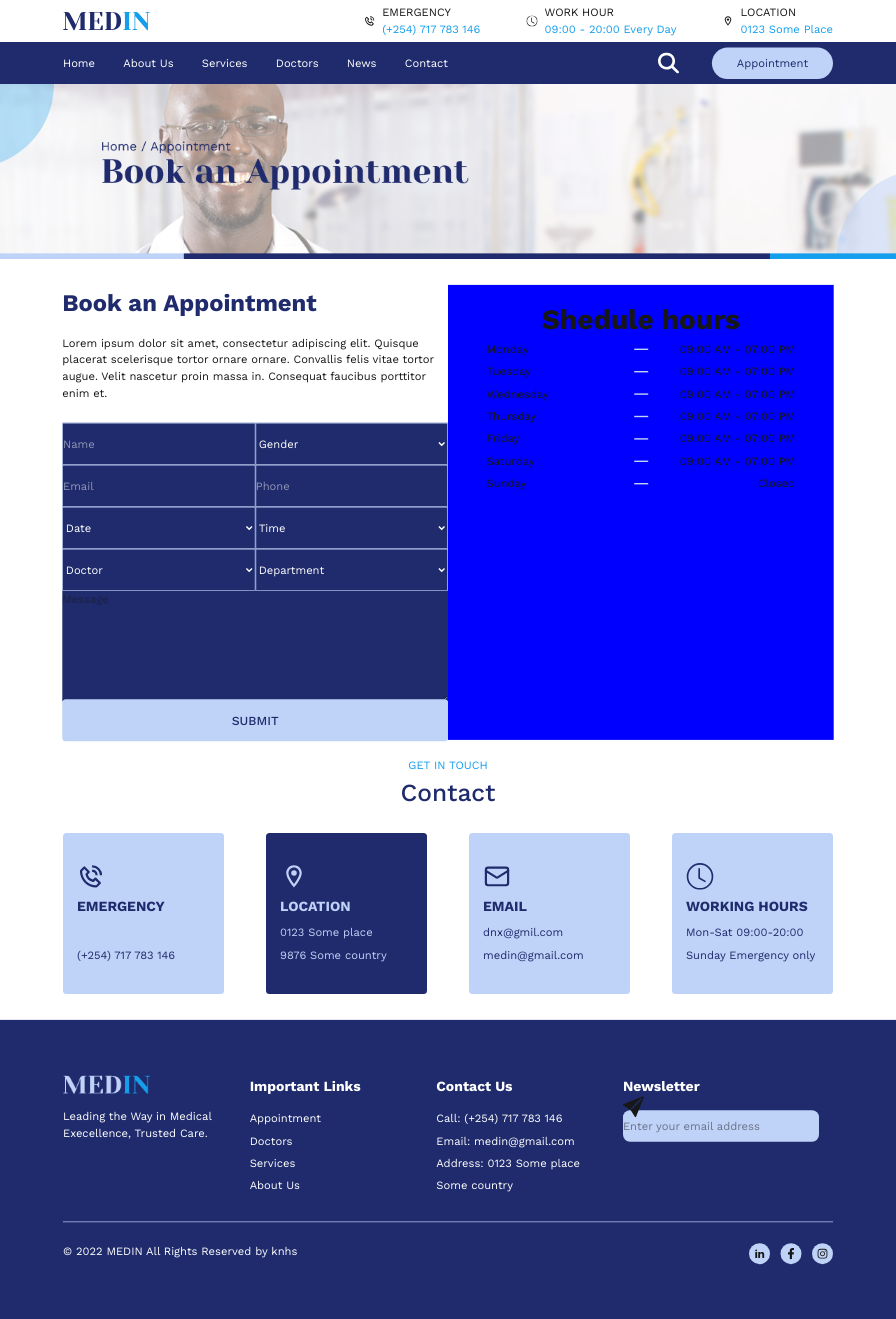
Repository: SynHK3/Poc_Hospital
Page: /appointment (app in fe_hospital/)
These files come from the project's save history. The page is drawn as it stood at one moment and after a run of saves; the edit follows.
The browser window is 1280 px wide. The pictures show the whole page, at 70% of full size.
The project was rebuilt for these pictures with package versions that can differ from the ones it lists, and the page was loaded fresh each time. The framework's server and built-in components were replaced by stand-ins that run in the browser. Also part of the build but not shown: fe_hospital/next.config.ts.

Above is the page before, as saved 2025-09-02 22:40:51.

### fe_hospital/src/app/layout.tsx
import type { Metadata } from "next";
import { Geist, Geist_Mono, Work_Sans } from "next/font/google";
import "./globals.css";

const geistSans = Geist({
  variable: "--font-geist-sans",
  subsets: ["latin"],
});

const geistMono = Geist_Mono({
  variable: "--font-geist-mono",
  subsets: ["latin"],
});

const workSans = Work_Sans({
  subsets: ["latin"],
  weight: ["400", "500", "600", "700"], // chọn các weight cần
});

export const metadata: Metadata = {
  title: "Create Next App",
  description: "Generated by create next app",
};

export default function RootLayout({
  children,
}: Readonly<{
  children: React.ReactNode;
}>) {
  return (
    <html lang="en">
      <body
        className={`${workSans.className} ${geistMono.variable} antialiased`}
      >
        {children}
      </body>
    </html>
  );
}

### fe_hospital/src/app/appointment/page.tsx
import Header from "@/components/header/header";
import "./appointment.css";
import Contact from "@/components/contact/contact";
import Footer from "@/components/footer/footer";
import Image from "next/image";
import ContentHeaderAppointMent from "./images/Content__Header__Appointment.png";

export default function Appointment() {
  return (
    <div>
      <Header></Header>
      <div className="container__content--appointment">
        <div className="content__banner--appointment"></div>

        <div className="content--form--appointment">
          <div className="layout__content--submit--form--appointment">
            {/* Start Form Book Appointment */}
            <div className="container__form--submit--appointment">
              <h1 className="form__title">Book an Appointment</h1>
              <p className="form__description">
                Lorem ipsum dolor sit amet, consectetur adipiscing elit. Quisque
                placerat scelerisque tortor ornare ornare. Convallis felis vitae
                tortor augue. Velit nascetur proin massa in. Consequat faucibus
                porttitor enim et.
              </p>
              <form className="form__appointment">
                <div className="form__group">
                  <input
                    type="text"
                    placeholder="Name"
                    className="form__input form__input--half"
                  />
                  <select className="form__select form__select--half">
                    <option>Gender</option>
                  </select>
                </div>
                <div className="form__group">
                  <input
                    type="email"
                    placeholder="Email"
                    className="form__input form__input--half"
                  />
                  <input
                    type="tel"
                    placeholder="Phone"
                    className="form__input form__input--half"
                  />
                </div>
                <div className="form__group">
                  <select className="form__select form__select--half">
                    <option>Date</option>
                  </select>
                  <select className="form__select form__select--half">
                    <option>Time</option>
                  </select>
                </div>
                <div className="form__group">
                  <select className="form__select form__select--half">
                    <option>Doctor</option>
                  </select>
                  <select className="form__select form__select--half">
                    <option>Department</option>
                  </select>
                </div>
                <textarea
                  placeholder="Message"
                  className="form__textarea"
                ></textarea>
                <button type="submit" className="btn__submit--appointment">
                  SUBMIT
                </button>
                {/* End Form Book Appointment */}
              </form>
            </div>

            {/* Start Shedule Appoinment */}
            <div className="container__shedule--appointment">
              <h2 className="shedule__title">Shedule hours</h2>
              <ul className="shedule__list">
                <li className="shedule__item">
                  <span className="day">Monday</span>
                  <span className="line--day--time"></span>
                  <span className="time">09:00 AM - 07:00 PM</span>
                </li>
                <li className="shedule__item">
                  <span className="day">Tuesday</span>
                  <span className="line--day--time"></span>
                  <span className="time">09:00 AM - 07:00 PM</span>
                </li>
                <li className="shedule__item">
                  <span className="day">Wednesday</span>
                  <span className="line--day--time"></span>
                  <span className="time">09:00 AM - 07:00 PM</span>
                </li>
                <li className="shedule__item">
                  <span className="day">Thursday</span>
                  <span className="line--day--time"></span>
                  <span className="time">09:00 AM - 07:00 PM</span>
                </li>
                <li className="shedule__item">
                  <span className="day">Friday</span>
                  <span className="line--day--time"></span>
                  <span className="time">09:00 AM - 07:00 PM</span>
                </li>
                <li className="shedule__item">
                  <span className="day">Saturday</span>
                  <span className="line--day--time"></span>
                  <span className="time">09:00 AM - 07:00 PM</span>
                </li>
                <li className="shedule__item">
                  <span className="day">Sunday</span>
                  <span className="line--day--time"></span>
                  <span className="time">Closed</span>
                </li>
              </ul>


              {/* End Schedule Hours */}
            </div>
          </div>
        </div>
      </div>
      <Contact></Contact>
      <Footer></Footer>
    </div>
  );
}

### fe_hospital/src/components/header/header.tsx
import Logo from "../../images/Logo.svg";
import Image from "next/image";
import { BiPhoneCall } from "react-icons/bi";
import { FaMagnifyingGlass } from "react-icons/fa6";
import { BsClock } from "react-icons/bs";
import { MdOutlineLocationOn } from "react-icons/md";
import "./header.css";

export default function Header() {
  return (
    <div className="container__header">
      <div className="header__layout">
        <div className="header__headline">
          <Image src={Logo} width={125} height={42} alt=""></Image>

          <div className="header__headline--info">
            <div className="header__headline--info--item">
              <BiPhoneCall className="icon__info--item"></BiPhoneCall>

              <div className="header__headline--info--desc">
                <h3>EMERGENCY</h3>
                <h5>(+254) 717 783 146</h5>
              </div>
            </div>

            <div className="header__headline--info--item">
              <BsClock className="icon__info--item"></BsClock>

              <div className="header__headline--info--desc">
                <h3>WORK HOUR</h3>
                <h5>09:00 - 20:00 Every Day</h5>
              </div>
            </div>

            <div className="header__headline--info--item">
              <MdOutlineLocationOn className="icon__info--item"></MdOutlineLocationOn>

              <div className="header__headline--info--desc">
                <h3>LOCATION</h3>
                <h5>0123 Some Place</h5>
              </div>
            </div>
          </div>
        </div>

        <div className="header__nav">
          <div className="layout__header--nav">
            <ul className="header__list--nav">
              <li>Home</li>
              <li>About Us</li>
              <li>Services</li>
              <li>Doctors</li>
              <li>News</li>
              <li>Contact</li>
            </ul>

            <div className="header__nav--appoinment">
              <FaMagnifyingGlass fontSize={30}></FaMagnifyingGlass>

              <button className="header__btn--appointment">Appointment</button>
            </div>
          </div>
        </div>
      </div>
    </div>
  );
}

### fe_hospital/src/app/appointment/appointment.css
.container__content--appointment {
  width: 100%;
  height: auto;
}

.content__banner--appointment {
  width: 100%;
  height: 250px;
  background-image: url("./images/Content__Header__Appointment.png");
  background-repeat: no-repeat;
  background-size: cover;
  background-position: center;
}

.content--form--appointment {
  display: flex;
  margin-top: 37px;
  width: 100%;
  height: 650px;

  align-items: center;
  justify-content: center;
}

.layout__content--submit--form--appointment {
  display: flex;
  width: 1102px;
  height: 650px;
}

/* CSS Form Appointment */

.container__form--submit--appointment {
  width: 50%;
  height: 650px;
}
.form__title {
  color: #1f2b6c;
  font-weight: bold;
  font-size: 34px;
}

.form__description {
  margin-top: 20px;
}

.form__appointment {
  margin-top: 30px;
}

.form__group {
  display: flex;
}

.form__input,
.form__select {
  width: 100%;
  height: 60px;
  background-color: #1f2b6c;
  border: 1px solid #bfd2f8;
  color: white;
  font-size: 1rem;
}

/* .form__select {
  appearance: none;
  background-image: url('data:[embedded picture, 232 characters]');
  background-repeat: no-repeat;
  background-position: right 15px center;
  background-size: 12px;
} */

.form__textarea {
  width: 100%;
  height: 158px;
  resize: vertical;
  background-color: #1f2b6c;
}

.btn__submit--appointment {
  margin-top: -10px;
  width: 100%;
  height: 60px;
  background-color: #bfd2f8;
  color: #1f2b6c;
  border-radius: 5px;
  font-size: 1.1rem;
  font-weight: 500;
  cursor: pointer;
}

/* End Form Appoint Ment */

/* Start Shedule Appoinment */

.container__shedule--appointment {
  width: 50%;
  height: 650px;
  background-color: blue;
}

.shedule__title {
  font-size: 2.5rem;
  font-weight: bold;
  margin-top: 20px;
  text-align: center;
}

.shedule__list {
  width: 80%;
  margin: 0 auto;
  display: flex;
  flex-direction: column;
  gap: 8px; /* khoảng cách giữa các item */
}

.shedule__item {
  display: flex;
  align-items: center;
}

.shedule__item .day {
  flex: 1;
  text-align: left;
}

.shedule__item .line--day--time {
  width: 20px; /* cố định 10px */
  height: 2px;
  background-color: #bfd2f8;
  margin: 0 8px;
}

.shedule__item .time {
  flex: 1;
  text-align: right;
}

/* End Shedule Appointment */

### fe_hospital/src/components/contact/contact.tsx
import "./contact.css";

import { BiPhoneCall } from "react-icons/bi";
import { MdOutlineLocationOn } from "react-icons/md";
import { LuMail } from "react-icons/lu";
import { BsClock } from "react-icons/bs";

export default function Contact() {
  return (
    <div className="container__contact">
      <div className="container__layout--contact">
        <div className="content__contact--headline">
          <h6>GET IN TOUCH</h6>
          <h1>Contact</h1>
        </div>

        <ul className="content__list--contact">
          <li>
            <div className="contact--item">
              <BiPhoneCall className="contact__item--icon"></BiPhoneCall>
              <h1>EMERGENCY</h1>

              <h3 style={{ visibility: "hidden" }}>dnx@gmil.com</h3>
              <p>(+254) 717 783 146</p>
            </div>
          </li>
          <li>
            <div className="contact--item">
              <MdOutlineLocationOn className="contact__item--icon"></MdOutlineLocationOn>
              <h1>LOCATION</h1>

              <p>0123 Some place</p>
              <p>9876 Some country</p>
            </div>
          </li>
          <li>
            <div className="contact--item">
              <LuMail className="contact__item--icon"></LuMail>
              <h1>EMAIL</h1>

              <p>dnx@gmil.com</p>
              <p>medin@gmail.com</p>
            </div>
          </li>
          <li>
            <div className="contact--item">
              <BsClock className="contact__item--icon"></BsClock>
              <h1 className="headline--item">WORKING HOURS</h1>

              <p>Mon-Sat 09:00-20:00</p>
              <p>Sunday Emergency only</p>
            </div>
          </li>
        </ul>
      </div>
    </div>
  );
}

### fe_hospital/src/components/footer/footer.tsx
import "./footer.css";
import { RiLinkedinFill } from "react-icons/ri";
import { FaFacebookF } from "react-icons/fa";
import { FaInstagram } from "react-icons/fa";
import Image from "next/image";
import LogoFooter from "../../images/Logo__Footer.png";
import { BsFillSendFill } from "react-icons/bs";

export default function Footer() {
  return (
    <div className="container__footer">
      <div className="container__layout--footer">
        <ul className="list__footer--item">
          <li>
            <div>
              <Image src={LogoFooter} width={125} height={42} alt=""></Image>
              <h1 className="headline__footer">
                Leading the Way in Medical Execellence, Trusted Care.
              </h1>
            </div>
          </li>
          <li>
            <div>
              <h1 className="footer--item--headline">Important Links</h1>
              <ul className="list--item--footer--link">
                <li>Appointment</li>
                <li>Doctors</li>
                <li>Services</li>
                <li>About Us</li>
              </ul>
            </div>
          </li>

          <li>
            <div>
              <h1 className="footer--item--headline">Contact Us</h1>
              <ul className="list--item--footer--contact">
                <li>Call: (+254) 717 783 146</li>
                <li>Email: medin@gmail.com</li>
                <li>Address: 0123 Some place</li>
                <li>Some country</li>
              </ul>
            </div>
          </li>
          <li>
            <div>
              <h1 className="footer--item--headline">Newsletter</h1>
              <div className="container__input--send--mail">
                <input
                  className="input__footer--send--mail"
                  placeholder="Enter your email address"
                ></input>

                <BsFillSendFill
                  className="footer__icon--send--mail"
                  fontSize={30}
                ></BsFillSendFill>
              </div>
            </div>
          </li>
        </ul>

        <div className="footer--line"></div>

        <div className="footer--link--social">
          <h3>© 2022 MEDIN All Rights Reserved by knhs</h3>

          <ul className="list--icon--link--social">
            <li>
              <RiLinkedinFill></RiLinkedinFill>
            </li>
            <li>
              <FaFacebookF></FaFacebookF>
            </li>
            <li>
              <FaInstagram></FaInstagram>
            </li>
          </ul>
        </div>
      </div>
    </div>
  );
}

### fe_hospital/src/components/header/header.css
.container__header {
  width: 100%;
  height: 120px;
}

.header__layout {
  display: flex;
  flex-direction: column;
  align-items: center;
  width: 100%;
}

.header__headline {
  display: flex;
  justify-content: space-between;
  width: 1100px;
  height: 60px;
}

.header__headline--info {
  width: 670px;
  display: flex;
  justify-content: space-between;
}

.header__headline--info--desc > h5 {
  color: #159eec;
}

.header__headline--info--item {
  height: 60px;
  display: flex;
  align-items: center;
}

.icon__info--item {
  font-size: 30;
  margin-right: 10px;
}

/* Header Nav */

.header__nav {
  display: flex;
  align-items: center;
  justify-content: center;
  width: 100%;
  height: 60px;
  background-color: #1f2b6c;
  color: white;
}

.layout__header--nav {
  display: flex;
  justify-content: space-between;
  align-items: center;
  width: 1100px;
  height: 60px;
}

.header__list--nav {
  width: 550px;
  display: flex;
  justify-content: space-between;
}

.header__nav--appoinment {
  width: 250px;
  height: 45px;
  display: flex;
  justify-content: space-between;
  align-items: center;
}

.header__btn--appointment {
  color: #1f2b6c;
  width: 173px;
  height: 45px;
  background-color: #bfd2f8;
  border-radius: 30px;
}

### fe_hospital/src/components/contact/contact.css
.container__contact {
  display: flex;
  width: 100%;
  height: 400px;
  justify-content: center;
}

.container__layout--contact {
  display: flex;
  flex-direction: column;
  justify-content: space-between;
  width: 1100px;
  height: 363px;
}

.content__contact--headline {
  display: flex;
  flex-direction: column;
  width: 100%;
  height: 127px;
  align-items: center;
  justify-content: center;
}

.content__list--contact {
  display: flex;
  justify-content: space-between;
  align-items: center;
}

.content__contact--headline > h1 {
  font-size: 35px;
  font-weight: 500;
  color: #1f2b6c;
}
.content__contact--headline > h6 {
  color: #159eec;
}

.content__list--contact > li {
  display: flex;
  align-items: center;
  width: 230px;
  height: 230px;
  background-color: #bfd2f8;
  border-radius: 5px;
}

.content__list--contact > li:nth-child(2) {
  background-color: #1f2b6c;
}

.content__list--contact > li:nth-child(2) > div > p,
.content__list--contact > li:nth-child(2) > div > h1,
.content__list--contact > li:nth-child(2) > div > .contact__item--icon {
  color: #bfd2f8;
}

.contact--item {
  margin-left: 20px;
  display: flex;
  flex-direction: column;
  justify-content: space-between;
  width: 126px;
  height: 145px;
}

.contact--item > h1 {
  width: 230px;
  font-size: 20px;
  font-weight: 700;
  color: #1f2b6c;
}

.contact--item > p {
  width: 230px;
  color: #1f2b6c;
}

.headline--item {
  width: 140px;
}

.contact__item--icon {
  width: 40px;
  height: 38px;
  color: #1f2b6c;
}

### fe_hospital/src/components/footer/footer.css
.container__footer {
  display: flex;
  width: 100%;
  height: 427px;
  justify-content: center;
  align-items: center;
  background-color: #1f2b6c;
}

.container__layout--footer {
  display: flex;
  flex-direction: column;
  justify-content: space-between;
  width: 1100px;
  height: 270px;
}

/* Footer Items  */
.list__footer--item {
  display: flex;
  justify-content: space-between;
  height: 179px;
}

.footer--item--headline {
  color: white;
  font-weight: 700;
  font-size: 20px;
}

.list__footer--item > li {
  width: 220px;
  height: 179px;
}

.list__footer--item > li:last-child {
  display: flex;
  width: 300px;
}

.headline__footer {
  width: 250px;
  color: white;
}

/* Input SEND MAIL */
.container__input--send--mail {
  position: relative;
  width: 280px;
  display: flex;
  justify-content: space-between;
}

.input__footer--send--mail {
  width: 300px;
  height: 45px;
  background-color: #bfd2f8;
  border-radius: 10px;
}

.footer__icon--send--mail {
  position: absolute;
  right: 10;
  margin-top: 27;
}

.headline__footer,
.list--item--footer--link,
.list--item--footer--contact,
.input__footer--send--mail {
  margin-top: 20px;
}

.list--item--footer--link,
.list--item--footer--contact {
  display: flex;
  flex-direction: column;
  justify-content: space-between;
  height: 120px;
  color: white;
}

/* Footer Line */

.footer--line {
  width: 100%;
  height: 1px;
  background-color: #bfd2f8;
}

.footer--link--social {
  justify-content: space-between;
  display: flex;
}

.footer--link--social > h3 {
  color: white;
}

.list--icon--link--social {
  display: flex;
  justify-content: space-between;
  width: 120px;
}

.list--icon--link--social > li {
  display: flex;
  align-items: center;
  justify-content: center;
  width: 30px;
  height: 30px;
  background-color: #bfd2f8;
  border-radius: 50%;
}

Loaded but not shown: fe_hospital/src/app/globals.css (common file)

After the next 2 saves:
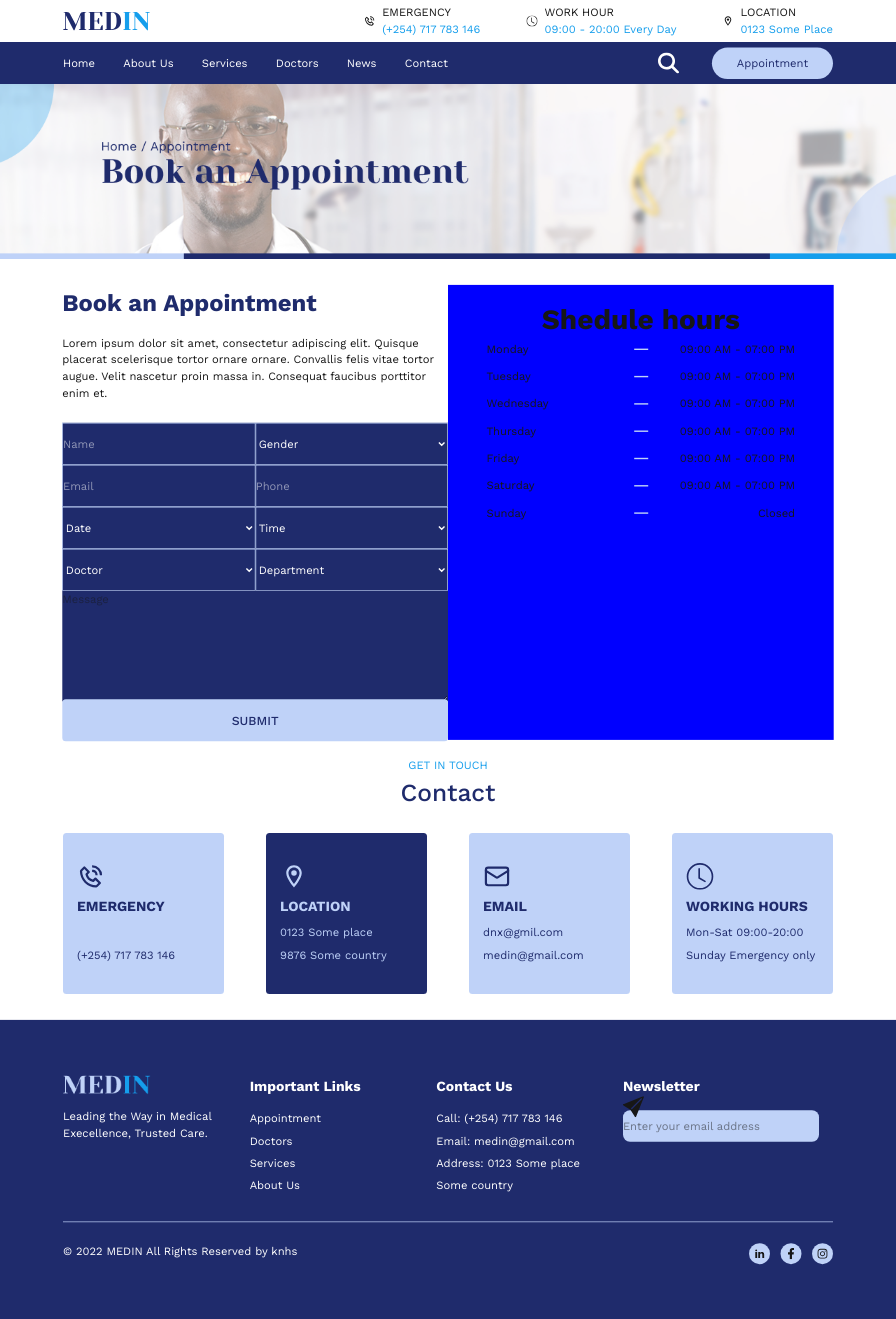
The 2 saves are shown as one change because they came seconds apart.
The last was saved 29 s later.
--- a/fe_hospital/src/app/appointment/appointment.css
+++ b/fe_hospital/src/app/appointment/appointment.css
@@ -111,7 +111,7 @@
   margin: 0 auto;
   display: flex;
   flex-direction: column;
-  gap: 8px; /* khoảng cách giữa các item */
+  gap: 15px; /* khoảng cách giữa các item */
 }
 
 .shedule__item {
